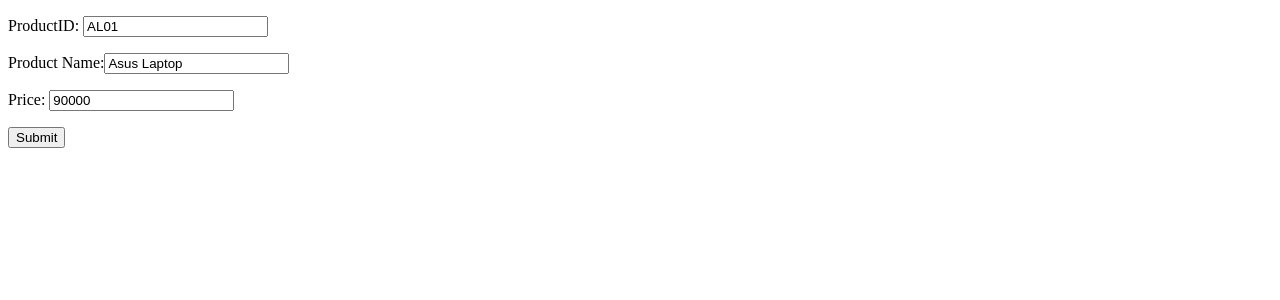
Repository: chofong1999/workspace202607
Page: mvweb0716/src/main/webapp/product.html
These files come from the project's save history. The page is drawn as it stood at one moment and after the next save; the edit follows.
The browser window is 1280 px wide. The pictures show the whole page.

Above is the page before, as saved 2026-07-16 01:43:03.

### mvweb0716/src/main/webapp/product.html
<!DOCTYPE html>
<html>
<head>
<meta charset="UTF-8">
<title>Insert title here</title>
</head>
<body>
<form action="product.jsp" method="post">
<p>ProductID:   <input type="text" name="product_id" value="AL01"></input></p>
<p>Product Name:<input type="text" name="product_name" value="Asus Laptop"></input></p>
<p>Price:       <input type="text" name="price" value="90000"></input></p>
<input type="submit">
</form>


</body>
</html>

After the next save:
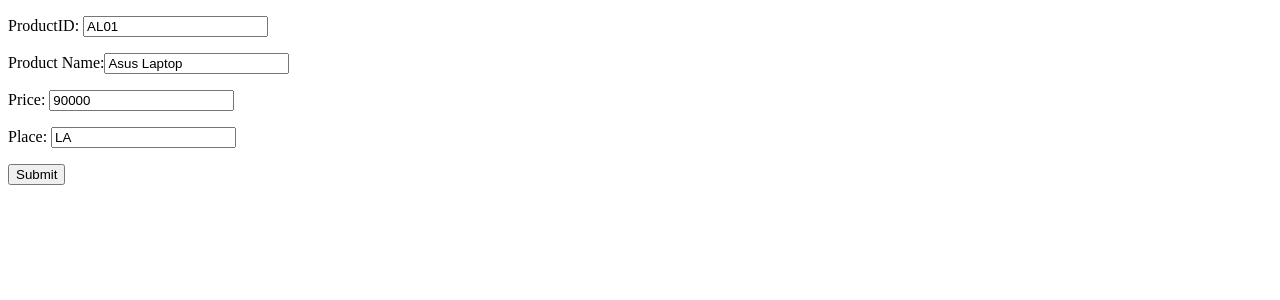
Saved 11 min 5 s later.
--- a/mvweb0716/src/main/webapp/product.html
+++ b/mvweb0716/src/main/webapp/product.html
@@ -9,6 +9,7 @@
 <p>ProductID:   <input type="text" name="product_id" value="AL01"></input></p>
 <p>Product Name:<input type="text" name="product_name" value="Asus Laptop"></input></p>
 <p>Price:       <input type="text" name="price" value="90000"></input></p>
+<p>Place:       <input type="text" name="place" value="LA"></input></p>
 <input type="submit">
 </form>
 
